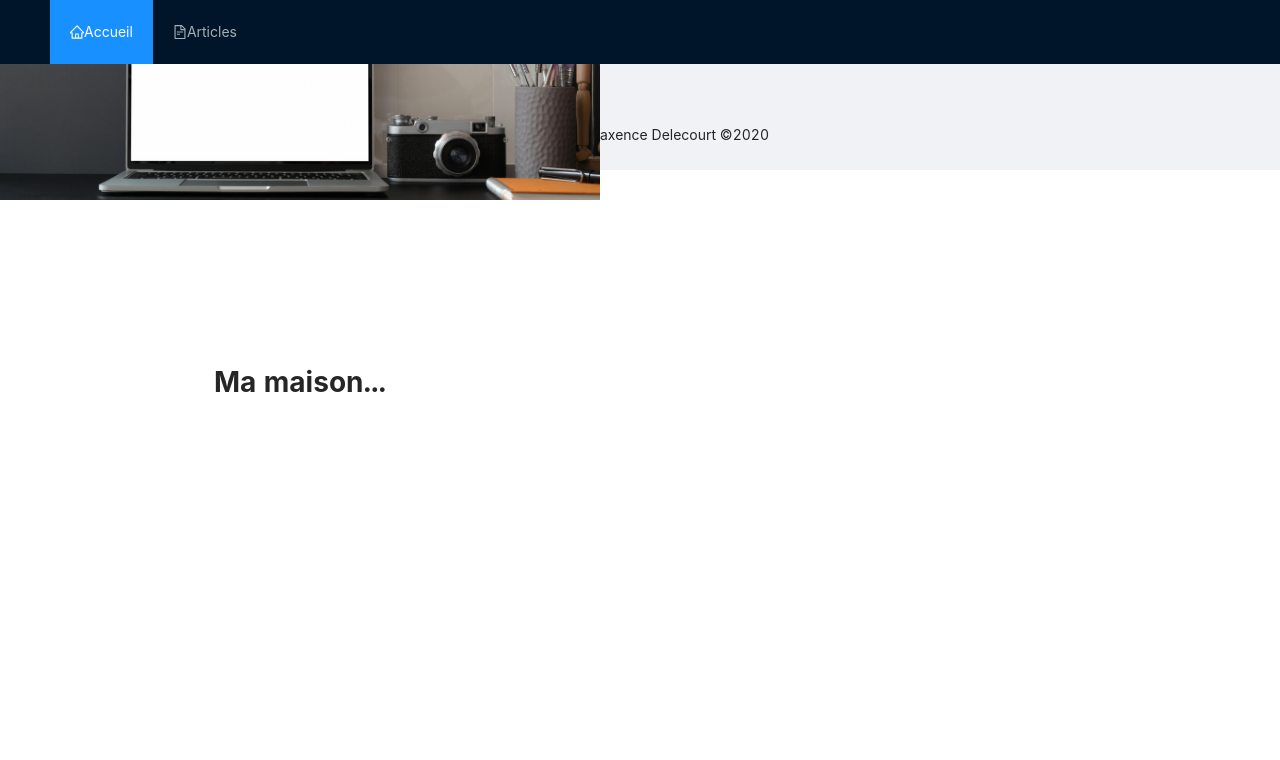
Repository: MaxenceDelecourt/ReactBlog
Page: /
An editor plug-in stored every save of this project. The page is shown before and after the next save, followed by the edit.
The browser window is 1280 px wide. The pictures show the whole page.
The project was rebuilt for these pictures with package versions that can differ from the ones it lists, and the page was loaded fresh each time. Also part of the build but not shown: src/Api/Api.js, src/Admin/ModifyPost.js, src/Post/Post.js, src/PostDescription/PostDescription.js, src/Admin/Admin.js, src/Admin/AdminDashboard.js.

Above is the page before, as saved 2020-06-15 16:47:29.

After the next save:
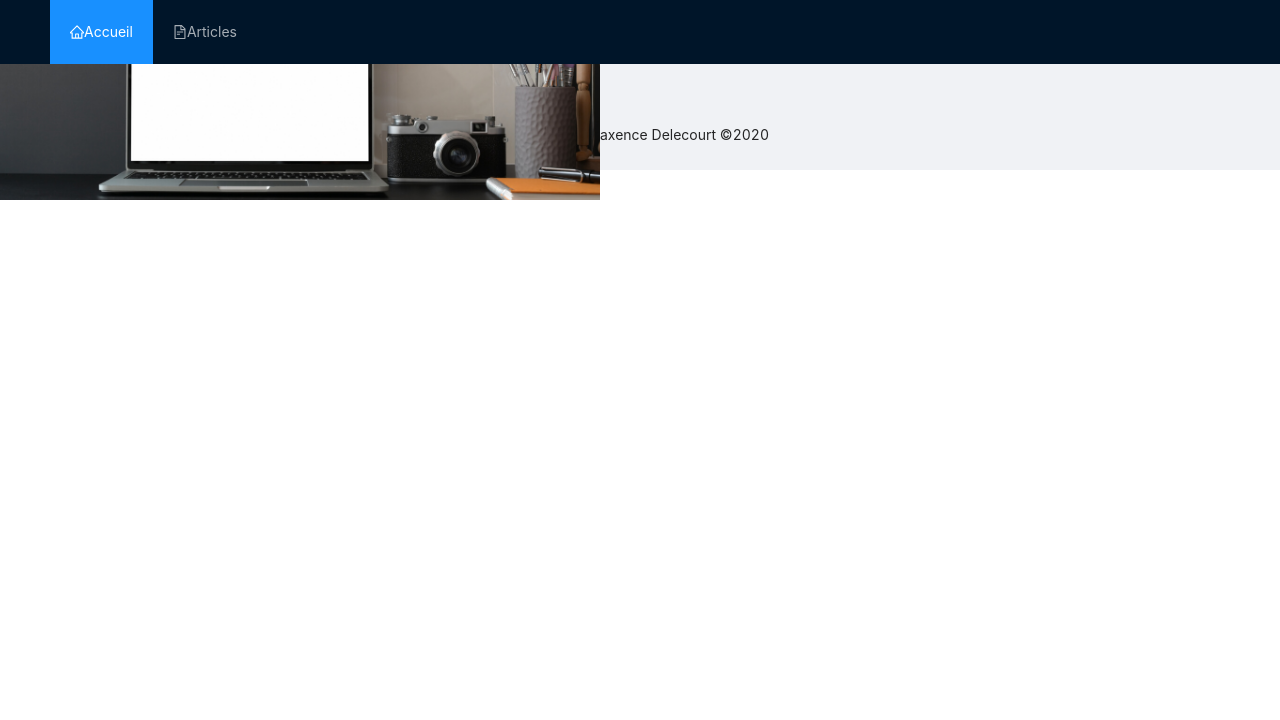
Saved 20 s later.
--- a/src/Accueil/Banner.js
+++ b/src/Accueil/Banner.js
@@ -3,13 +3,8 @@ import BannerMax from '../img/BannerMax.png'
 
 function Banner() {
     return (
-        <div style={{position:'relative', width:'100%'}}>
-            <div style={{position:'absolute', zIndex:'1'}}>
-                <img src={BannerMax}/>
-            </div>
-            <div style={{position:'absolute', top:'360px',  width:'600px',  height:'400px',  zIndex:'2', fontSize:'200%'}}>
-                <center><b>Ma maison...</b></center>
-            </div>
+        <div style={{ position: 'absolute', zIndex: '1' }}>
+            <img src={BannerMax} />
         </div>
     );
 }
